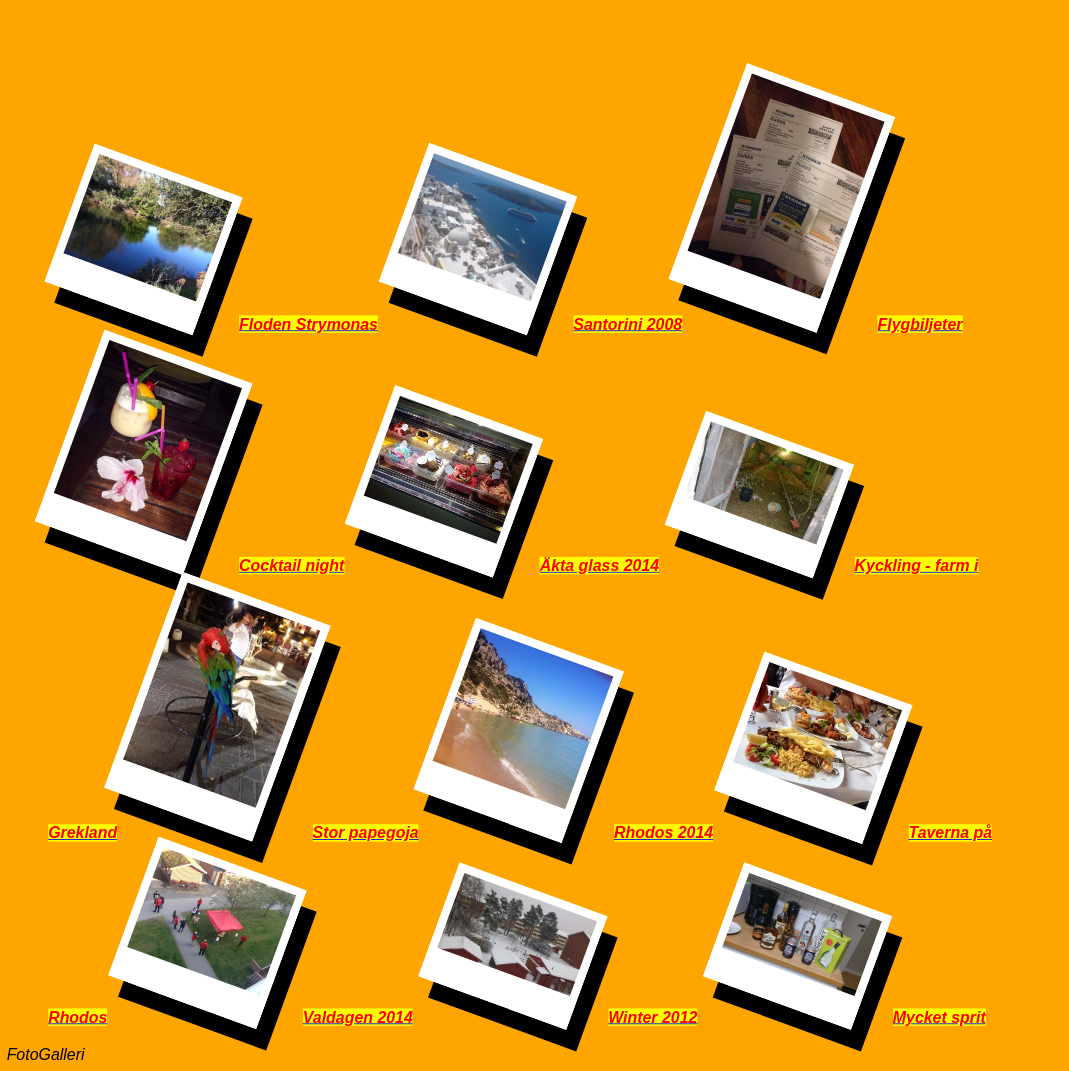
Repository: dn222em/1ik415-laborationer
Page: gallery/index.html
The author's editor kept a record of every edit. The page is drawn from the files as they stood at one moment, then again after the next edit.
The browser window is 1280 px wide. The page is 1288 px wide, so the pictures cover 1288 px, including what lies to the right of the window. The pictures show the whole page, at 83% of full size.

Above is the page before.

### gallery/index.html
<!doctype html>
<html lang="sv">

<head>
	<meta charset="utf-8" />
	<title>Foto Gallery</title>

	<link rel="stylesheet" href="../../CSS/gallery.css" />
</head>
<body>
		<div id="container">
			<div id="images">
				<a href="flod.jpg" title="Floden Strymonas" ><img src="flod.jpg" alt="Grekisk flod." /></a>
				<a href="santorini.jpg" title="Santorini 2008" ><img src="santorini.jpg" alt="Den grekiska ön Santorini," /></a>
				<a href="biljeter.jpg" title="Flygbiljeter" ><img src="biljeter.jpg" alt="Flygbiljeter till Grekland." /></a>
				<a href="cocktails.jpg" title="Cocktail night" ><img src="cocktails.jpg" alt="Pinakolada och jordgubbmojito.(alkohol blanddryck)" /></a>
				<a href="glass.jpg" title="Äkta glass 2014" ><img src="glass.jpg" alt="Flera glassbyter med färska frukt på." /></a>
				<a href="kycklingar.jpg" title="Kyckling - farm i Grekland" ><img src="kycklingar.jpg" alt="En kyckling-farm." /></a>
				<a href="papegoja.jpg" title="Stor papegoja" ><img src="papegoja.jpg" alt="En stor papegoja." /></a>
				<a href="rhodos.jpg" title="Rhodos 2014" ><img src="rhodos.jpg" alt="Männiksor på stranden." /></a>
				<a href="grekiskmat.jpg" title="Taverna på Rhodos" ><img src="grekiskmat.jpg" alt="Grekiska maträtter." /></a>
				<a href="valdagen.jpg" title="Valdagen 2014" ><img src="valdagen.jpg" alt="Flera människor som samlas för att fika uder valdagen." /></a>
				<a href="winter.jpg" title="Winter 2012" ><img src="winter.jpg" alt="Den första dagen som snöade i Västervik  i vintern 2012." /></a>
				<a href="sprit.jpg" title="Mycket sprit" ><img src="sprit.jpg" alt="Några alkohol flaskor, en vinlåda och några ölburkar." /></a>
			</div>
	<aside>
	<section>
		<h3></h3>FotoGalleri</h3>

	</aside>
		</div>
</body>
</html>

### CSS/gallery.css

#container {
    width:100%;
    margin:0;
    padding:0;


}
body {
    background-color:orange;
    width:100%;
    font-family:"arial", "verdana";
    font-size:1.2em;
    font-style:italic;

}
#images {
    width:90%;
    margin-top:80px;
    margin-left:50px;

    /*position:relative;*/
}
#images a::after{
content: attr(title);
	background-color: yellow;
    color: red;
    font-weight: bold;
    font-size:1em;

}

img{
    background-color:white;
    /*position:relative;*/
    box-shadow:20px 20px black;
    border:10px solid white;
   width:170px;
    padding-bottom:30px;
     transform: rotate(20deg);
    margin:20px;

  /*  width: 100px;
    height: 100px;
    background: red;
    -webkit-transition: width 2s, height 2s, -webkit-transform 2s;
    transition: width 2s, height 2s, transform 2s;*/
}
img:hover {
     width:250px;
     height:200;
     position:relative;
     z-index:1;
     /*-webkit-transform: rotate(0deg); /* Chrome, Safari, Opera
    transform: rotate(0deg);*/

}
body #image:nth-child(odd){
    background-color:black;
    width:20px;
    /*-webkit-transition: width 2s, height 2s, -webkit-transform 2s;
    transition: width 2s, height 2s, transform 2s;*/

}

img alt {
    font-family:"times";
    font-size:1em;
}

After the next edit:
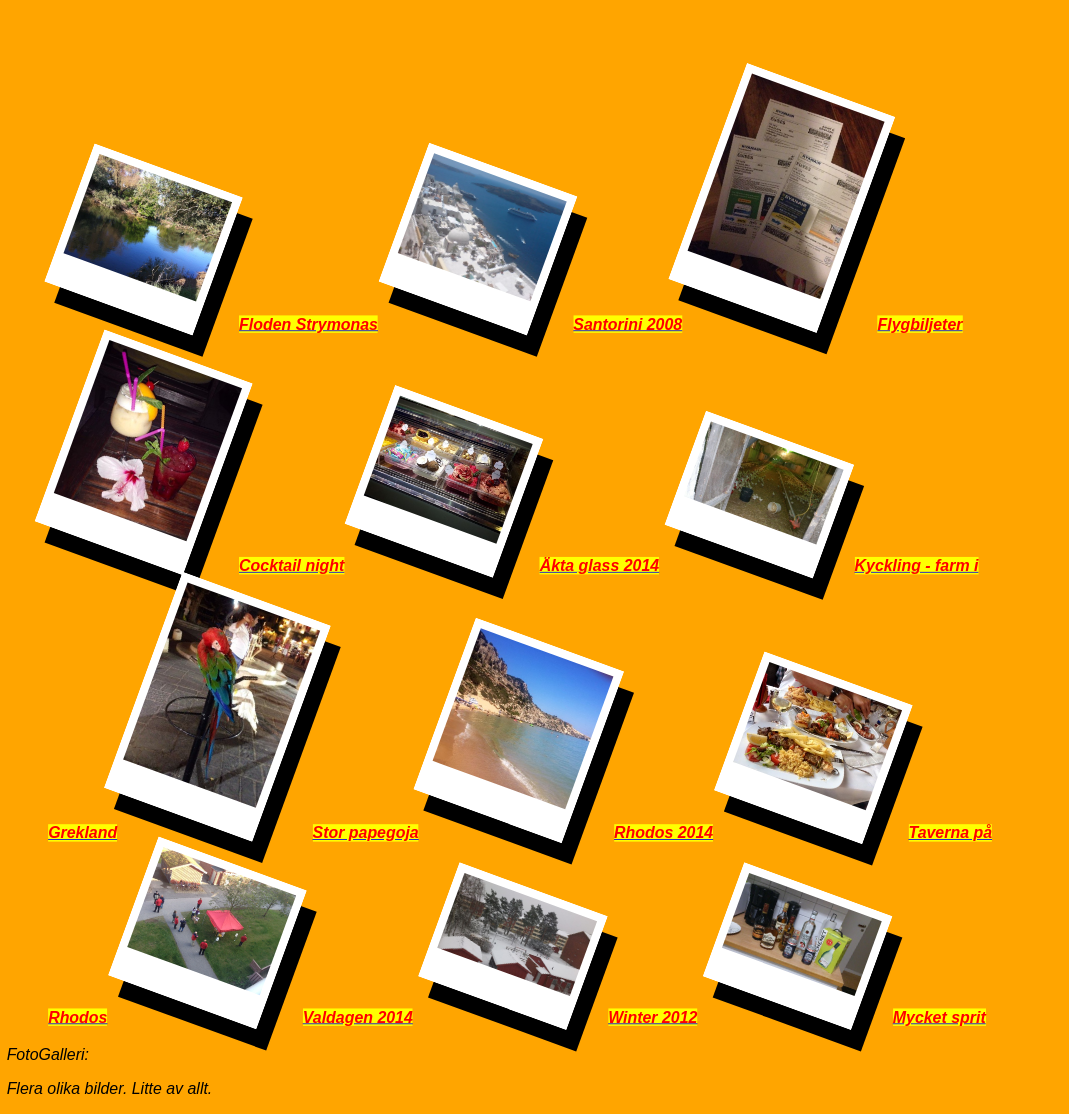
The edit:
--- a/gallery/index.html
+++ b/gallery/index.html
@@ -25,8 +25,10 @@
 			</div>
 	<aside>
 	<section>
-		<h3></h3>FotoGalleri</h3>
-
+		<h3></h3>FotoGalleri:</h3>
+		<p>Flera olika bilder. Litte av allt.
+		</p>
+	</section>
 	</aside>
 		</div>
 </body>
